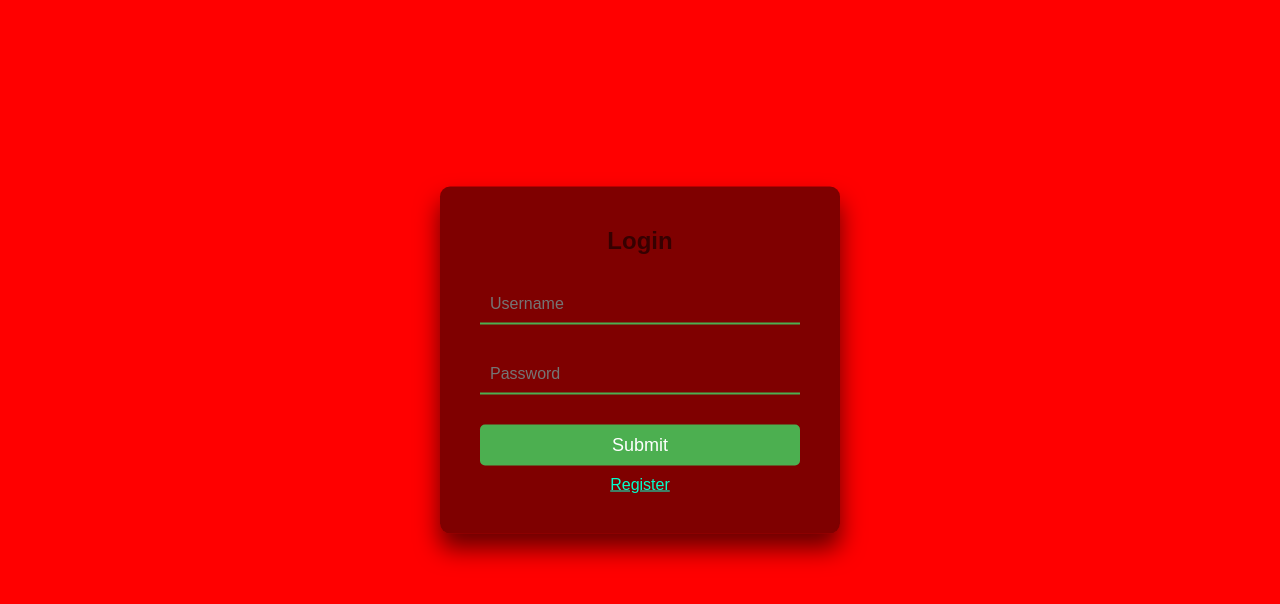
Repository: SRBshakib/Safe-Food---DBMS-project
Page: Organaization/login.html
These files come from the project's save history. The page is drawn as it stood at one moment and after the next save; the edit follows.
The browser window is 1280 px wide. The pictures show the whole page.

Above is the page before, as saved 2024-11-10 21:47:47.

After the next save:
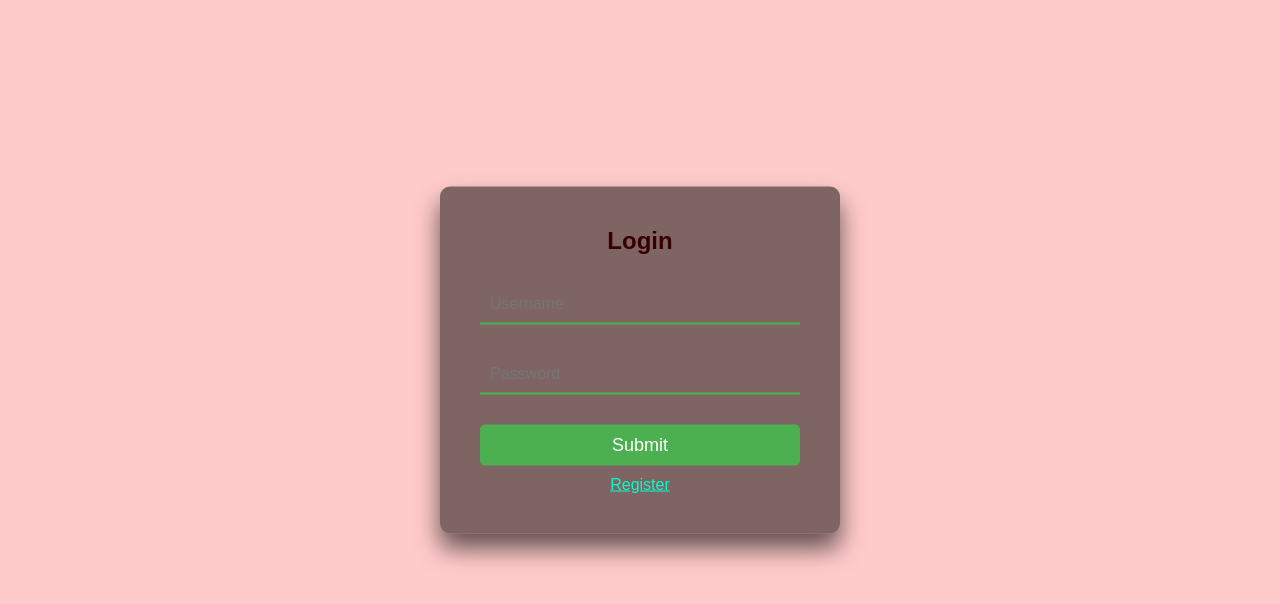
Saved 5 min 53 s later.
--- a/Organaization/style_login.css
+++ b/Organaization/style_login.css
@@ -12,7 +12,7 @@ body {
     justify-content: center;
     align-items: center;
     height: 100vh;
-    background-color: #ff0000;
+    background-color: #ffcaca;
     color: rgb(54, 0, 0);
 }
 
